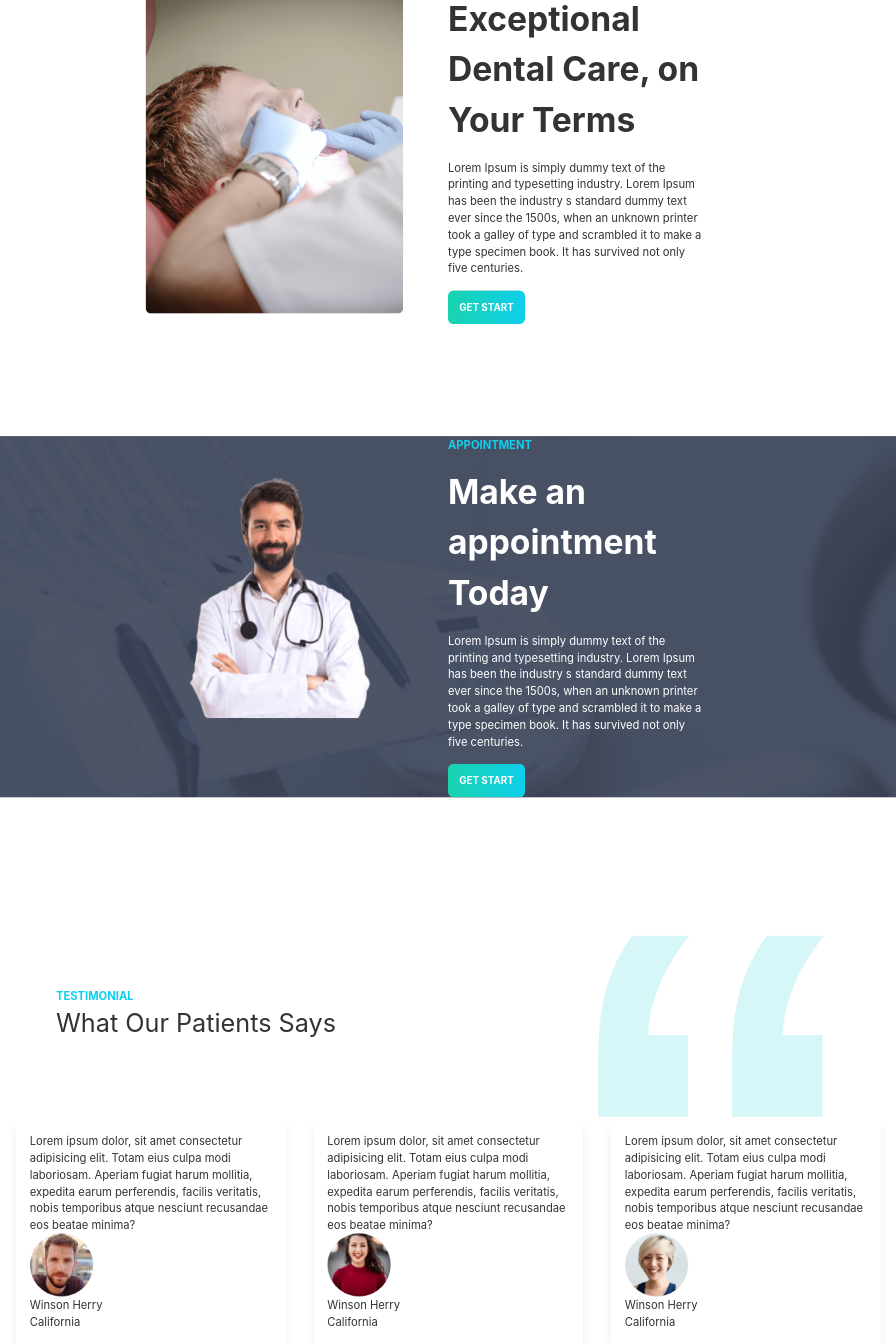
Repository: shikubro90/doctorsportal
Page: /
An editor plug-in stored every save of this project. The page is shown before and after the next save, followed by the edit.
The browser window is 1280 px wide. The pictures show the part of the page from y = 1820 to 3740 px (the page is 3740 px tall), at 70% of full size.
The project was rebuilt for these pictures with package versions that can differ from the ones it lists, and the page was loaded fresh each time. Also part of the build but not shown: src/App.css, src/Pages/About/About.jsx.

Above is the page before, as saved 2022-10-02 10:06:23.

After the next save:
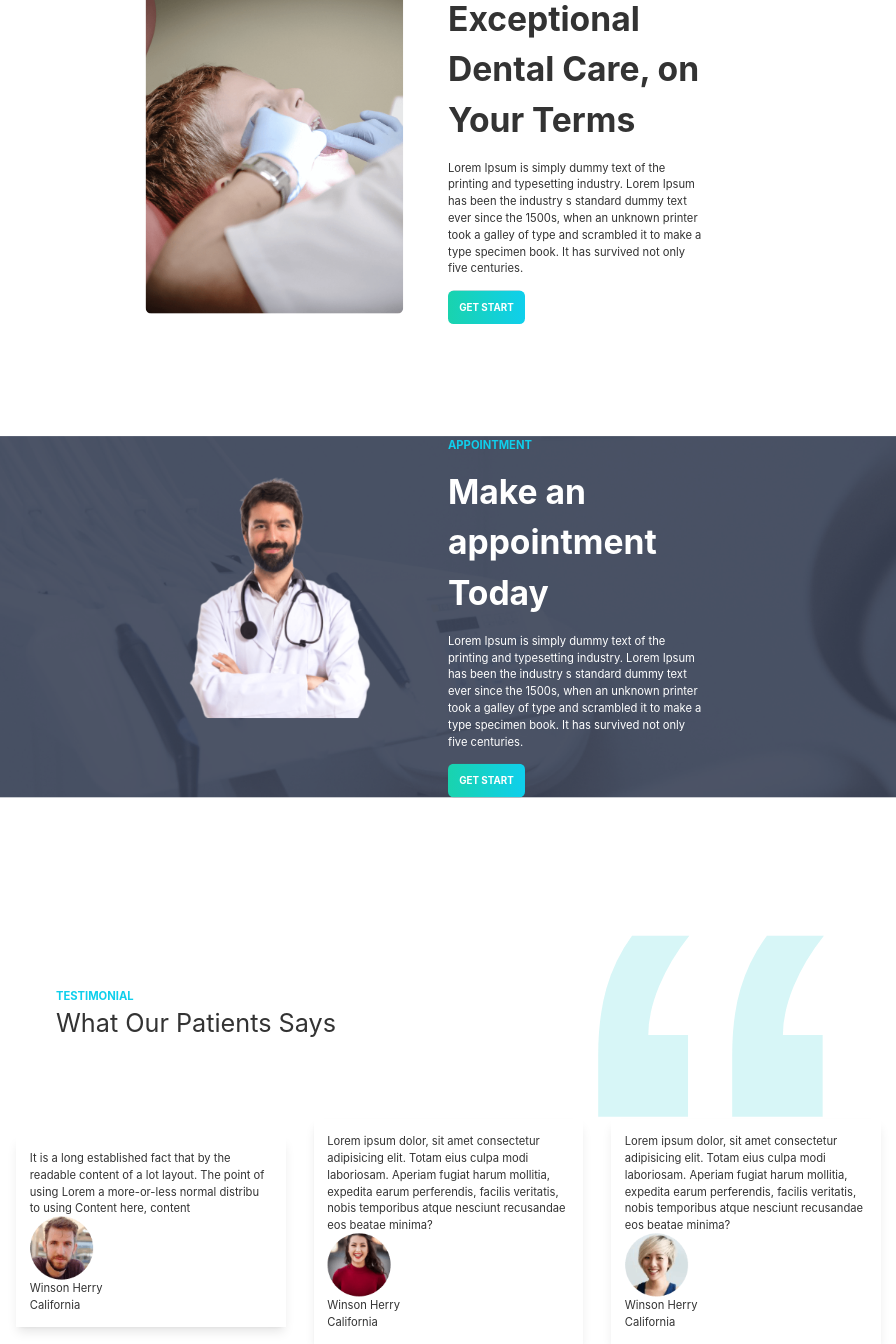
Saved 54 s later.
--- a/src/assets/resourse/Resourse.js
+++ b/src/assets/resourse/Resourse.js
@@ -94,7 +94,7 @@ export const appointment = [
 export const testimonial = [
     {
         id : 0,
-        desc : "Lorem ipsum dolor, sit amet consectetur adipisicing elit. Totam eius culpa modi laboriosam. Aperiam fugiat harum mollitia, expedita earum perferendis, facilis veritatis, nobis temporibus atque nesciunt recusandae eos beatae minima?",
+        desc : "It is a long established fact that by the readable content of a lot layout. The point of using Lorem a more-or-less normal distribu to using Content here, content",
         image : people1,
         name : "Winson Herry",
         country : "California"
